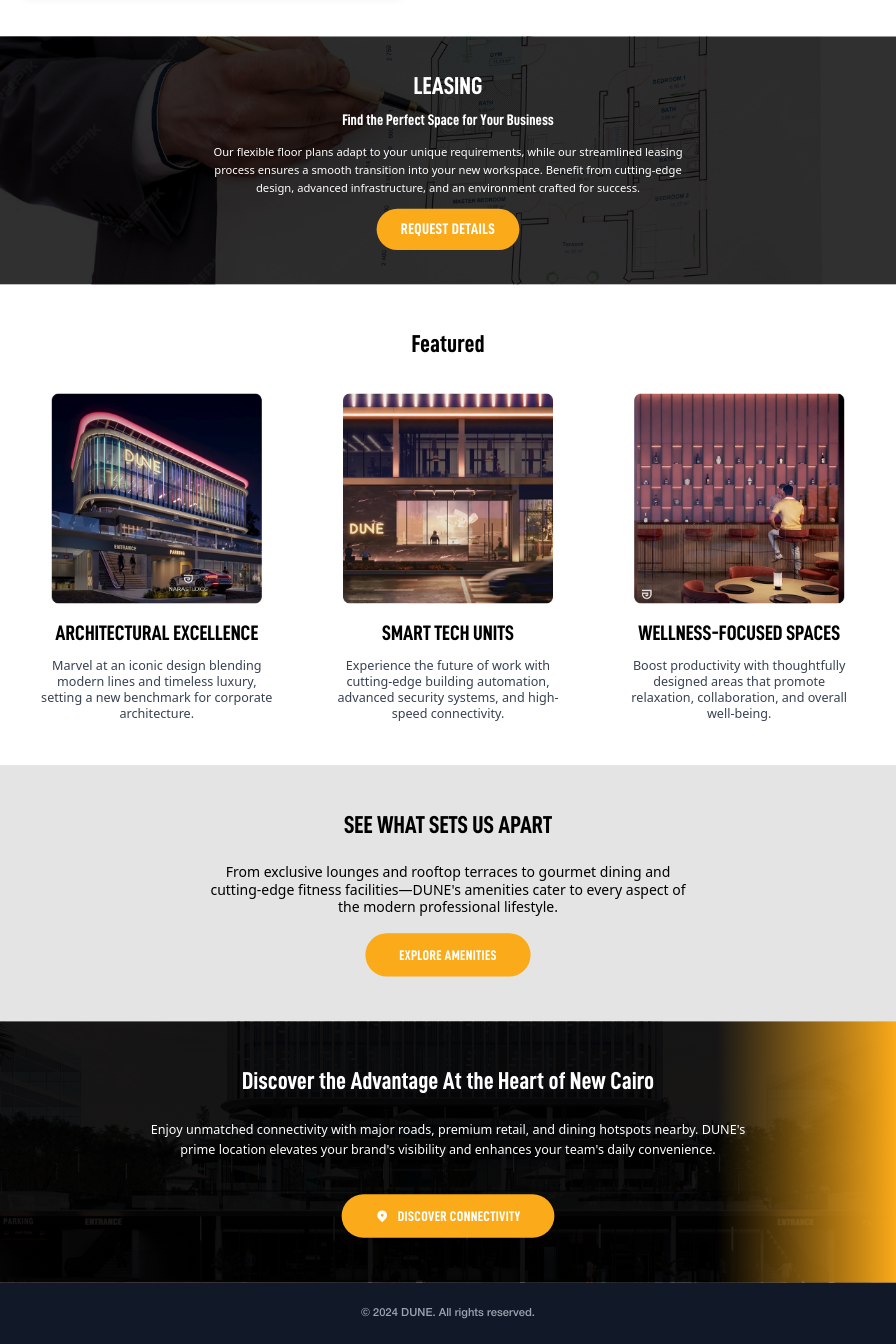
Repository: ahmedassr5765/dune
Page: index.html
An editor plug-in stored every save of this project. The page is shown before and after the next save, followed by the edit.
The browser window is 1280 px wide. The pictures show the part of the page from y = 2053 to 3973 px (the page is 3973 px tall), at 70% of full size.
Some web libraries are served in a nearby version.

Above is the page before, as saved 2025-07-12 19:18:43.

After the next save:
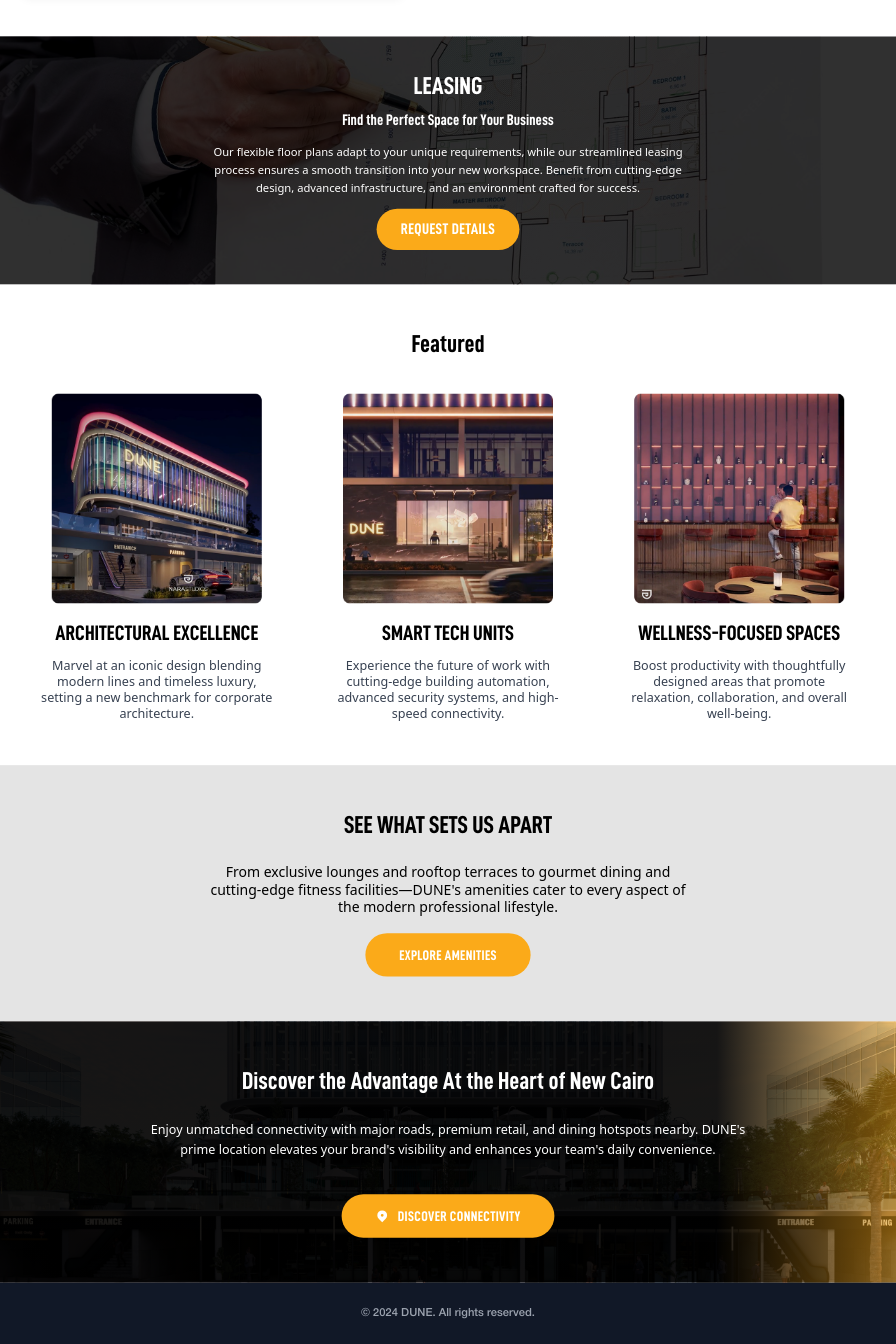
Saved 14 s later.
--- a/index.html
+++ b/index.html
@@ -400,7 +400,7 @@
     <section class="max-w-[1440px] mx-auto relative h-[373px] bg-cover bg-center bg-no-repeat" style="background-image: url('/images/discover.png');">
 
         <!-- Gradient Overlay -->
-        <div class="absolute inset-0" style="background: linear-gradient(to right, rgba(0,0,0,0.9) 80%, rgba(251,170,25,1) 100%);"></div>
+        <div class="absolute inset-0" style="background: linear-gradient(to right, rgba(0,0,0,0.9) 80%, rgba(251,170,25,0.5) 100%);"></div>
 
         <!-- Content -->
         <div class="relative z-10 h-full flex flex-col justify-center items-center text-center px-4 sm:px-6 lg:px-8">
